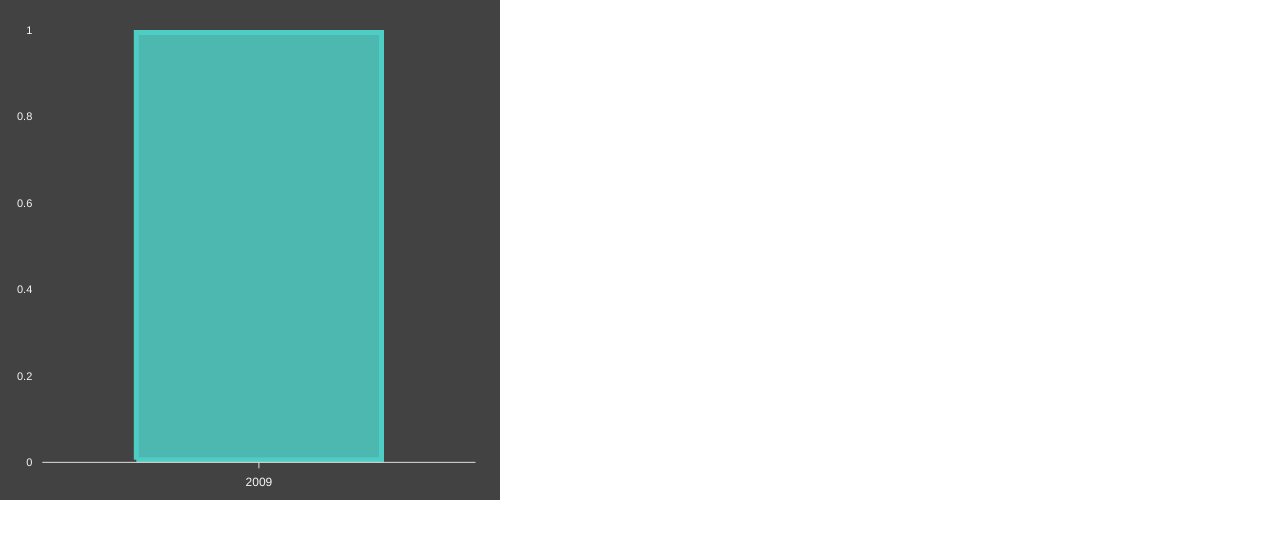
Repository: wanted-pre-onboarding-internship-1team/pre-onboarding-9th-3-1
Page: /
These files come from the project's save history. The page is drawn as it stood at one moment and after the next save; the edit follows.
The browser window is 1280 px wide. The pictures show the whole page.
The project was rebuilt for these pictures with package versions that can differ from the ones it lists, and the page was loaded fresh each time.

Above is the page before, as saved 2023-03-15 00:49:24.

After the next save:
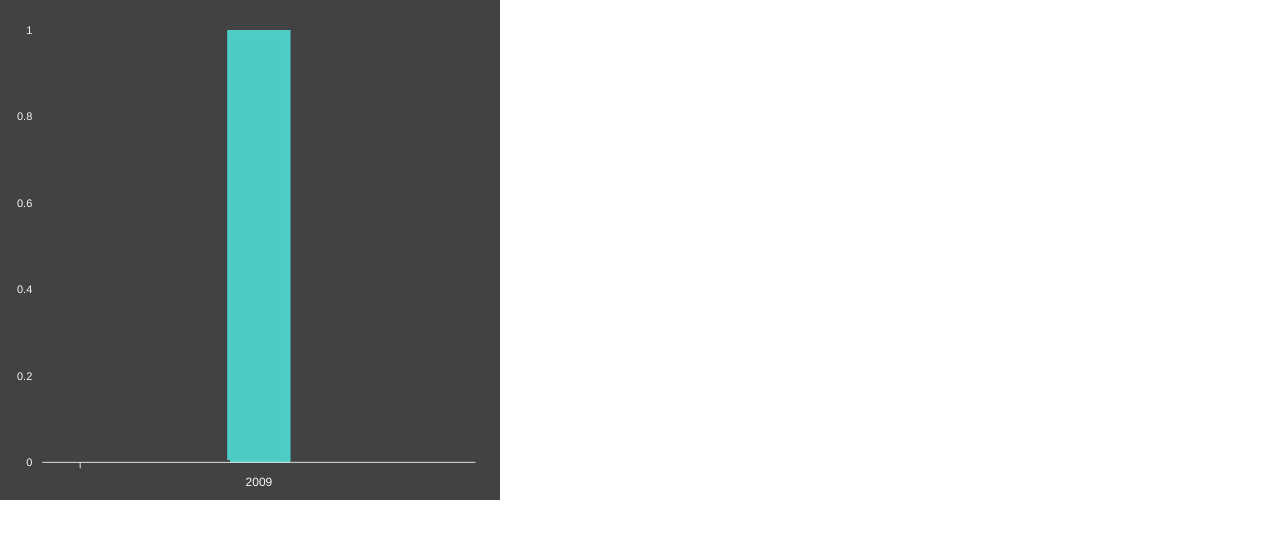
Saved 11 s later.
--- a/src/pages/Mainpage.tsx
+++ b/src/pages/Mainpage.tsx
@@ -19,7 +19,12 @@ export default function Mainpage() {
             name: 'Column A',
             type: 'column',
             // data: [1, 2, 3, 4, 5, 6, 7, 8],
-            data: [{ x: 1, y: 1, txt: 1 }],
+            data: [
+              { x: 1, y: 1, txt: 1 },
+              { x: 1, y: 1, txt: 1 },
+              { x: 1, y: 1, txt: 1 },
+              { x: 1, y: 1, txt: 1 },
+            ],
           },
         ]}
         options={{
@@ -37,7 +42,7 @@ export default function Mainpage() {
             width: 5,
           },
           xaxis: {
-            categories: [2009, 2010, 2011, 2012, 2013, 2014, 2015, 2016],
+            categories: [2009, 2010, 2011, 2012],
           },
         }}
       />
